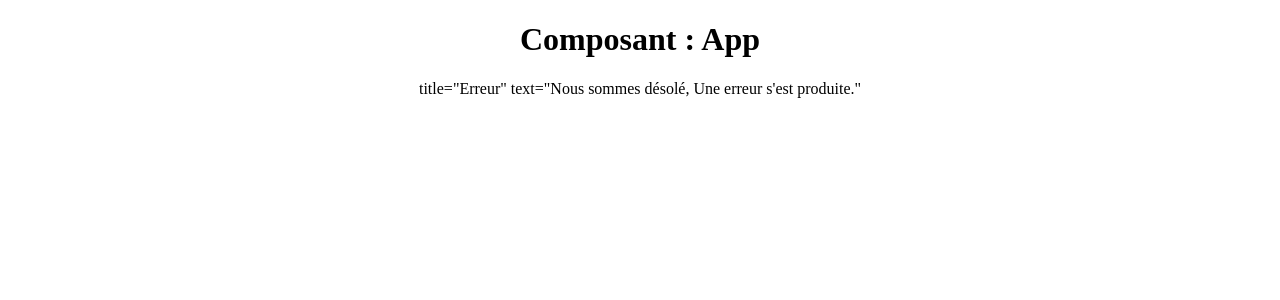
Repository: Emma-chaps/Shared-Organizer_Front
Page: /
These files come from the project's save history. The page is drawn as it stood at one moment and after the next save; the edit follows.
The browser window is 1280 px wide. The pictures show the whole page.
The project was rebuilt for these pictures with package versions that can differ from the ones it lists, and the page was loaded fresh each time.

Above is the page before, as saved 2021-04-12 15:13:44.

### src/components/App/index.js
// == Import npm
import React from 'react';
import NotFound from 'src/components/NotFound';

// == Import
import './styles.scss';

// == Composant
const App = () => (
  <div className="app">
    <h1>Composant : App</h1>
    < NotFound />
  </div>
);

// == Export
export default App;

### src/components/NotFound/index.js
import React from 'react';

// import Page from 'src/components/Page';


const Error = () => (
  <div>

      title="Erreur"
      text="Nous sommes désolé, Une erreur s'est produite."

</div>
);

export default Error;

Loaded but not shown: src/index.js (common file); src/components/App/styles.scss (common file)

After the next save:
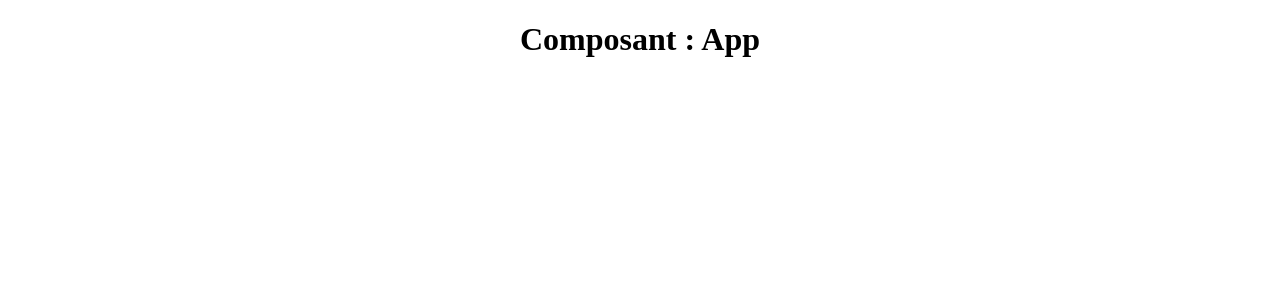
Saved 6 s later.
--- a/src/components/NotFound/index.js
+++ b/src/components/NotFound/index.js
@@ -4,11 +4,11 @@ import React from 'react';
 
 
 const Error = () => (
-  <div>
+  <div
 
       title="Erreur"
       text="Nous sommes désolé, Une erreur s'est produite."
-
+   >
 </div>
 );
 
